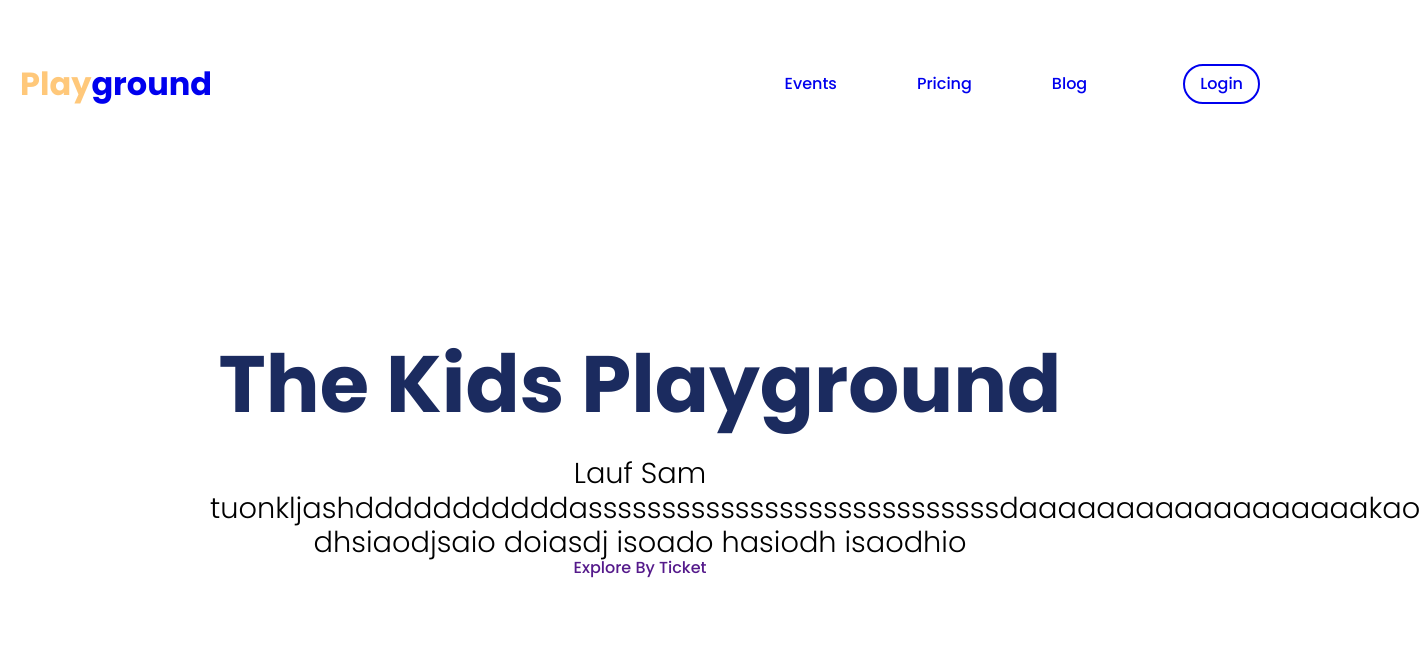
Repository: lausamtuong/Cut-psd-to-html
Page: index.html
The author's editor kept a copy of each file at every save. The page is drawn from the files as they stood at one save, then again after a run of saves.
The browser window is 1280 px wide. The page is 1420 px wide, then 1280 px, so the pictures cover 1420 px, including what lies to the right of the window. The pictures show the whole page.
The style sheet was rebuilt from its Sass, Less or Tailwind sources for each picture, by a compiler version that may differ from the author's.

Above is the page before, as saved 2021-12-06 15:47:04.

### index.html
<!DOCTYPE html>
<html lang="en">
<head>
    <meta charset="UTF-8">
    <meta http-equiv="X-UA-Compatible" content="IE=edge">
    <meta name="viewport" content="width=device-width, initial-scale=1.0">

    <title>Document</title>
    <link rel="stylesheet" href="style.css">
    <link rel="stylesheet" href="reset.css">
    <link href="https://fonts.googleapis.com/css2?family=Lato:ital,wght@1,700;1,900&family=Poppins:wght@300;500;700&display=swap" rel="stylesheet">

</head>
<body>
    <div class="wrapper">
        <header class="header">
            <div class="container header__iner">
                <a href="index.html" class="logo">
                    <span class="logo__text">Play</span>ground
                </a>
                <nav class="header__menu">
                    <ul class="header__menu-list">
                        <li class="header__menu-item">
                            <a href="#" class="header__menu-link">Events</a>
                        </li>
                        <li class="header__menu-item">
                            <a href="#" class="header__menu-link">Pricing</a>
                        </li>
                        <li class="header__menu-item">
                            <a href="#" class="header__menu-link">Blog</a>
                        </li>
                        <li class="header__menu-item">
                            <a href="#" class="header__menu-link header__menu-login">Login</a>
                        </li>
                    </ul>
                </nav>
            </div>
        </header>
        <section class="banner">
            <div class="container">
                <h1 class="banner__headding">
                    The Kids Playground
                </h1>
                <p class="banner__decs">Lauf Sam tuonkljashdddddddddddassssssssssssssssssssssssssssdaaaaaaaaaaaaaaaaaakao dhsiaodjsaio doiasdj isoado hasiodh isaodhio</p>
                <div class="banner__buttons">
                    <a href="" class="btn">Explore</a>
                    <a href="" class="btn">By Ticket</a>
                </div>
            </div>
        </section>
    </div>
</body>
</html>

### reset.css
/* http://meyerweb.com/eric/tools/css/reset/
   v2.0 | 20110126
   License: none (public domain)
*/

html, body, div, span, applet, object, iframe,
h1, h2, h3, h4, h5, h6, p, blockquote, pre,
a, abbr, acronym, address, big, cite, code,
del, dfn, em, img, ins, kbd, q, s, samp,
small, strike, strong, sub, sup, tt, var,
b, u, i, center,
dl, dt, dd, ol, ul, li,
fieldset, form, label, legend,
table, caption, tbody, tfoot, thead, tr, th, td,
article, aside, canvas, details, embed,
figure, figcaption, footer, header, hgroup,
menu, nav, output, ruby, section, summary,
time, mark, audio, video {
	margin: 0;
	padding: 0;
	border: 0;
	font-size: 100%;
	font: inherit;
	vertical-align: baseline;
    font-family: "Poppins",sans-serif;
}
/* HTML5 display-role reset for older browsers */
article, aside, details, figcaption, figure,
footer, header, hgroup, menu, nav, section {
	display: block;
}
body {
	line-height: 1;
}
ol, ul {
	list-style: none;
}
blockquote, q {
	quotes: none;
}
blockquote:before, blockquote:after,
q:before, q:after {
	content: '';
	content: none;
}
table {
	border-collapse: collapse;
	border-spacing: 0;
}

### style.scss
$primary-color:#ffc87a;
$text-color:#1b2b5f;
a{
    text-decoration: none;
}
.container{
    padding: 0 20px;
    max-width: 1500px;

    margin: 0 auto;

}
.header{
    padding-top: 4rem;
    &__iner{
        display: flex;
        justify-content:space-between;
        align-items: center;

    }
    &__menu{
        &-list{
        display: flex;
        align-items: center;
        }
        &-item{
            margin-left: 5rem;
            &:last-child{
                margin-left: 6rem;
            }
        }
        &-link{
            font-size: 16px;
            &:hover{
                color:$primary-color;
                transition:  0.3s linear;
            }
        }
        &-login{
            padding: 10px 15px;
            display:inline-block;
            border:2px solid;
            border-radius: 100rem;
        }
    }
}
.logo{
font-size: 2rem;
font-weight: 600;
&:focus{
    color: $text-color;
}
&__text{
    color:$primary-color
}
}
.banner{
    padding-top:15rem;
    max-width: 900px;
    margin: 0 auto;
    text-align: center;
    &__headding{
        font-size: 5rem;
        color:$text-color;
        font-weight: 900;
        margin-bottom: 2rem;

    }
    &__decs{
        font-size: 1.8rem;
        font-weight: 300;
        line-height: 1.2;
    }
}

After the next 2 saves:
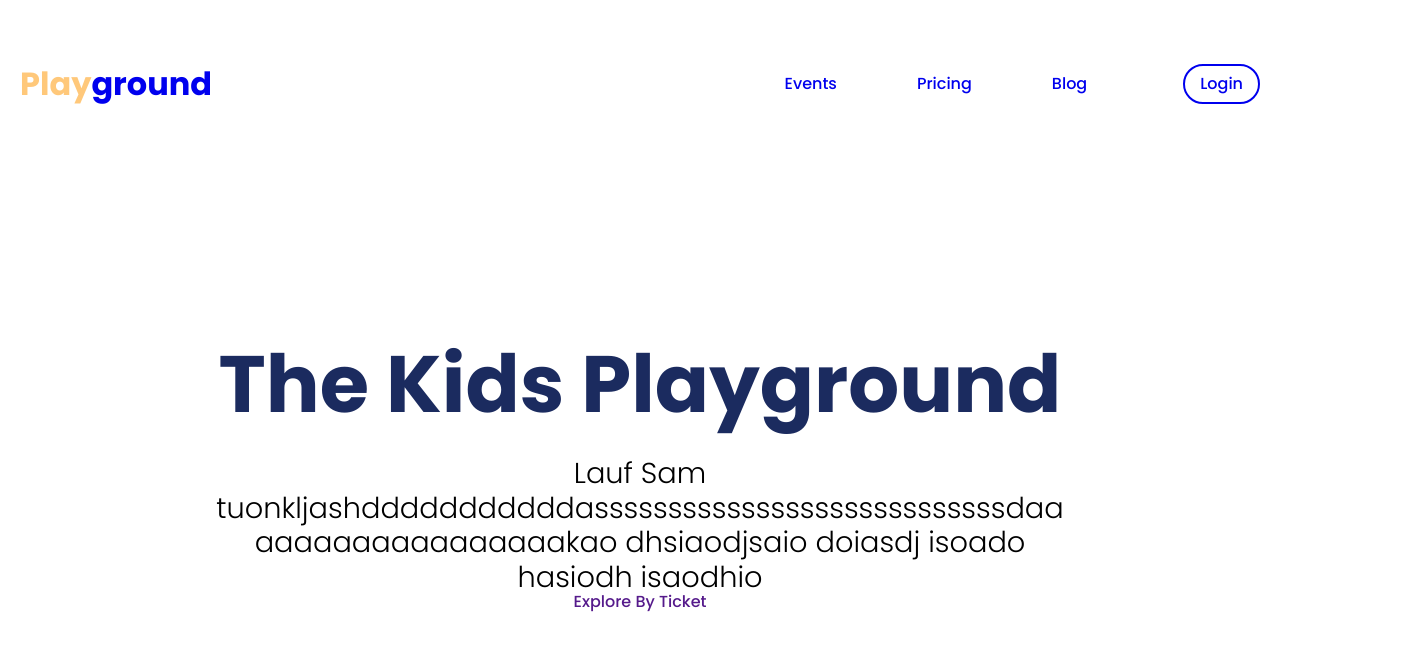
The 2 saves are shown as one change because they came seconds apart.
The last was saved 8 s later.
--- a/style.scss
+++ b/style.scss
@@ -70,5 +70,6 @@
         font-size: 1.8rem;
         font-weight: 300;
         line-height: 1.2;
+        word-break: break-word;
     }
 }
